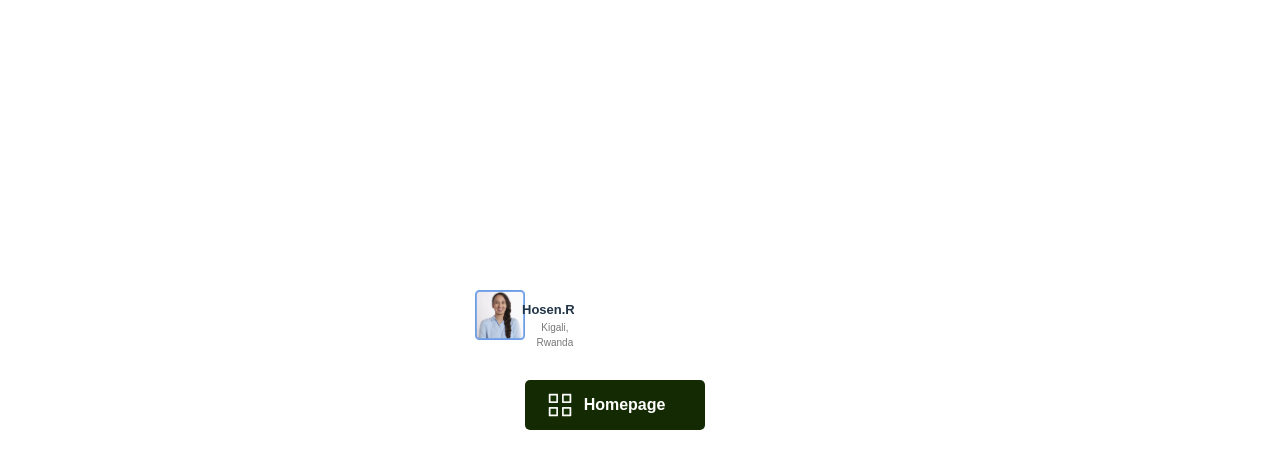
Repository: Auda-frontend/Kenshikeza
Page: /
An editor plug-in stored every save of this project. The page is shown before and after the next save, followed by the edit.
The browser window is 1280 px wide. The pictures show the whole page.
The project was rebuilt for these pictures with package versions that can differ from the ones it lists, and the page was loaded fresh each time. Also part of the build but not shown: vite.config.js.

Above is the page before, as saved 2024-01-25 09:52:36.

### src/App.jsx
import './App.css'
import SideBar from './Components/SideBar'

function App() {
  return (
    <div>
      <SideBar />
    </div>
  )
}

export default App

### src/Components/SideBar.jsx
import React from "react";
import Profile from "../assets/Rectangle 79.png";
import './SideBar.css';
import HomeIcon from "../assets/ep_menu.png";

function SideBar() {
  return (
    <div className="container">
    <div className="leftSide">
<div className="profile">
      <img src={Profile} alt="Profile photo" className="profilePhoto" />
      <div className="desc">
      <h2 className="names">Hosen.R</h2>
      <p>Kigali, Rwanda</p>
      </div>
      </div>
      <div className="homepage">
        <img src={HomeIcon} alt="Menu icon" className="homeIcon" />
        <h2>Homepage</h2>
      </div>
    </div>
    </div>
  );
}

export default SideBar;

### src/Components/SideBar.css
*{
    margin: 0;
    padding: 0;
    box-sizing: border-box;
    font-family: sans-serif;
}
.container{
    padding: 0;
}
.leftSide{
    display: flex;
    max-width: 25%;
    max-height: 100%;
    flex-direction: column;
    gap: 30px;
    margin-left: -50px;
}
.leftSide .profilePhoto{
    float: left;
    width: 50px;
    height: 50px;
    margin-left: -50px;
    margin-right: 10px;
}
.profile{
    display: flex;
    flex-direction: row;
}
.desc{
    display: table-column;
    align-items: center;
    padding-top: 10px;
    /* padding: 5px;
    background-color: aqua; */
}
.desc .names{
    font-size: small;
    margin-left: -13px;
}
.desc p{
    font-size: x-small;
    color: rgb(121, 118, 118)
}
.homepage{
background-color: #132A02;
width: 180px;
height: 50px;
display: flex;
align-items: center;
border-radius: 5px;
justify-content: space-around;
/* margin-left: -55px; */
}
.homepage .homeIcon{
    width: 30px;
    float: left;
    margin-left: -20px;
}
.homepage h2{
    color: white;
    font-size: medium;
    margin-left: -70px;
}

Loaded but not shown: index.html (common file); src/main.jsx (common file); src/index.css (common file); src/App.css (common file)

After the next save:
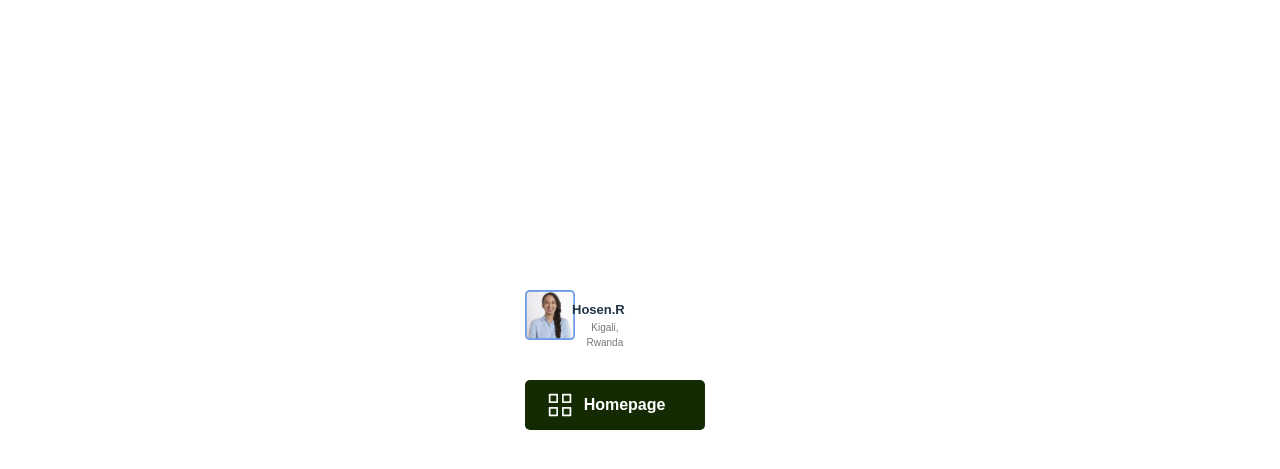
Saved 11 s later.
--- a/src/Components/SideBar.css
+++ b/src/Components/SideBar.css
@@ -19,7 +19,7 @@
     float: left;
     width: 50px;
     height: 50px;
-    margin-left: -50px;
+    /* margin-left: -50px; */
     margin-right: 10px;
 }
 .profile{
